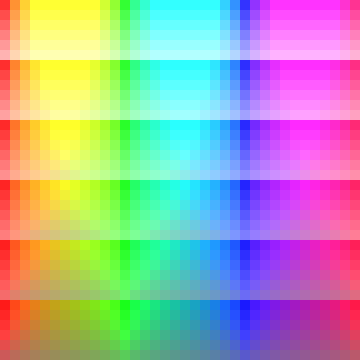
Repository: zhuqinghe/mapf_visualizer
Script's output: python color.py
The author's editor kept a copy of each file at every save. The script's output is drawn from the files as they stood at one save, then again after a run of saves.
The window is shown after at most 60 frames with no key pressed. Random numbers start from a fixed seed.

Above is the script's output before, as saved 2021-07-19 14:25:13.

### color.py
import pygame
import math


def k_contrast_color(k_color, RGB_list):
  # hue       : 0-360, min_step: 5(72)
  # saturation: 0.3-0.8, min_step: 0.1(6)
  # intensive : 0.5-1.0, min_step: 0.1(6)
  # max_color = 72*6*6 = 2592

  H_min_step = 10
  H_max_num = 360 // H_min_step
  S_min_step = 0.1
  S_max_num = math.floor(0.5 / S_min_step) + 1
  I_min_step = 0.1
  I_max_num = math.floor(0.5 / I_min_step) + 1

  H = 360
  S = 1
  I = 1

  if k_color <= H_max_num*S_max_num*I_max_num:
    if k_color <= H_max_num*S_max_num:
      if k_color <= H_max_num:
        S = 1
        I = 1
        H_step = 360 // k_color
        for i in range(k_color):
          Hi = i
          tmp_H = Hi * H_step
          RGB_list.append(HSI2RGB(tmp_H, S, I))
      else:
        I = 1
        H_step = H_min_step
        S_num = math.ceil(k_color / H_max_num)
        S_step = 0.5 / (S_num-1)
        for i in range(k_color):
          Hi = i % H_max_num
          tmp_H = Hi * H_step
          Si = math.floor(i / H_max_num)
          tmp_S = 0.8 - Si * S_step
          RGB_list.append(HSI2RGB(tmp_H, tmp_S, I))

    else:
        S_step = 0.1
        H_step = H_min_step
        I_num = math.ceil(k_color / (H_max_num*S_max_num))
        I_step = 0.5 / (I_num-1)
        for i in range(k_color):
          Hi = i % H_max_num
          tmp_H = Hi * H_step
          Si = (i//H_max_num) % S_max_num
          tmp_S = 0.8 - Si * S_step
          Ii = math.floor(i / (H_max_num*S_max_num))
          tmp_I = 1.0 - Ii * I_step
          RGB_list.append(HSI2RGB(tmp_H, tmp_S, tmp_I))

  else : # >2592
    print("[ERROR]: NUM OF COLOR IS TOO LARGE.")

  return RGB_list


def HSI2RGB(H, S ,I):
  # print('H:', H, ', S:', S, ', I:', I)
  R = 0
  G = 0
  B = 0
  if S < 1e-6:
    R = I
    G = I
    B = I
  else:
    if H >= 0 and H < 120:
      B = I * (1 - S)
      R = I * (1 + (S * math.cos(H*math.pi/180)) / math.cos((60 - H)*math.pi/180))
      G = 3 * I - (R + B)
    elif H >= 120 and H < 240:
      H = H - 120
      R = I * (1 - S)
      G = I * (1 + (S * math.cos(H*math.pi/180)) / math.cos((60 - H)*math.pi/180))
      B = 3 * I - (R + G)
    elif H >= 240 and H < 360:
      H = H - 240
      G = I * (1 - S)
      B = I * (1 + (S * math.cos(H*math.pi/180)) / math.cos((60 - H)*math.pi/180))
      R = 3 * I - (G + B)
    else:
      print("[ERROR]: H not in [0, 360)")
      return
  # print('R:', R, ', G:', G, ', B:', B)

  if R >= 1.0:
    R = 1.0
  if G >= 1.0:
    G = 1.0
  if B >= 1.0:
    B = 1.0

  return [round(R*255), round(G*255), round(B*255)]


if __name__ == '__main__':
  grid_len = 36
  grid_wid = 36
  grid_size = 10
  win_len = grid_len*grid_size
  win_wid = grid_wid*grid_size

  pygame.init()
  screen = pygame.display.set_mode((win_len, win_wid))
  pygame.display.set_caption('k contrast color')

  grids = [pygame.Surface((grid_size, grid_size),
                          pygame.SRCALPHA).convert_alpha() \
                          for _ in range(grid_len*grid_wid)]
  map_back = pygame.surface.Surface((win_len, win_wid),
                                    pygame.SRCALPHA, 32)
  map_back = map_back.convert_alpha()

  colors = []
  k_contrast_color(grid_len*grid_wid, colors)
  print('color len:', len(colors))
  print(colors)
  map_back.fill((0,0,0))
  while 1:
    for i in range(grid_len):
      for j in range(grid_wid):
        color = colors[j*grid_len+i]
        # print(color)
        grids[j*grid_len+i].fill(pygame.Color(color))
        map_back.blit(grids[j*grid_len+i],
                            ((i)*grid_size,
                              (j)*grid_size))
    screen.blit(map_back, (0,0))
    pygame.display.update()
    for event in pygame.event.get():
      if event.type == pygame.QUIT:
        pygame.quit()

After the next 2 saves:
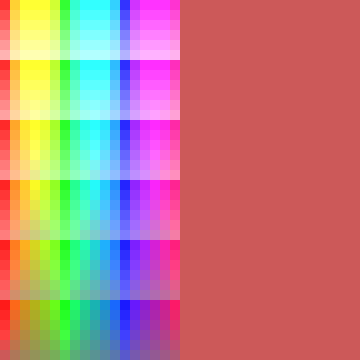
The 2 saves are shown as one change because 1 did not build or start.
The last was saved 22 s later.
--- a/color.py
+++ b/color.py
@@ -8,7 +8,7 @@ def k_contrast_color(k_color, RGB_list):
   # intensive : 0.5-1.0, min_step: 0.1(6)
   # max_color = 72*6*6 = 2592
 
-  H_min_step = 10
+  H_min_step = 20
   H_max_num = 360 // H_min_step
   S_min_step = 0.1
   S_max_num = math.floor(0.5 / S_min_step) + 1
@@ -101,7 +101,7 @@ def HSI2RGB(H, S ,I):
 
 
 if __name__ == '__main__':
-  grid_len = 36
+  grid_len = 18
   grid_wid = 36
   grid_size = 10
   win_len = grid_len*grid_size
